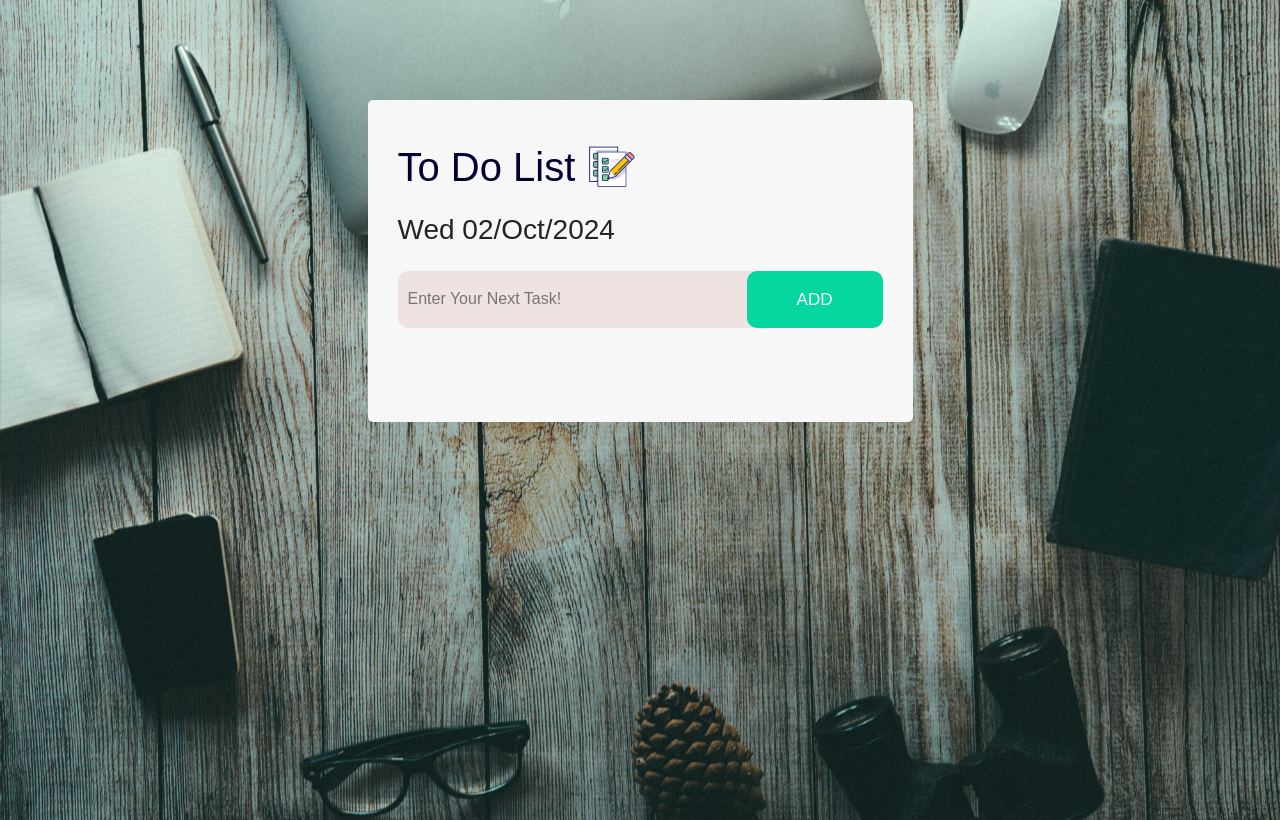
Repository: zeinawady/To_Do_List
Page: index.html
The author's editor kept a copy of each file at every save. The page is drawn from the files as they stood at one save, then again after a run of saves.
The browser window is 1280 px wide. The pictures show the whole page.

Above is the page before, as saved 2024-10-02 02:24:00.

### index.html
<!DOCTYPE html>
<html lang="en">

<head>
    <meta charset="UTF-8">
    <meta name="viewport" content="width=device-width, initial-scale=1.0">
    <title>To Do list</title>
    <link href="https://cdn.jsdelivr.net/npm/bootstrap@5.3.3/dist/css/bootstrap.min.css" rel="stylesheet" integrity="sha384-QWTKZyjpPEjISv5WaRU9OFeRpok6YctnYmDr5pNlyT2bRjXh0JMhjY6hW+ALEwIH" crossorigin="anonymous">
    <link rel="stylesheet" href="css/style.css">
</head>

<body>

    <div class="container">
        <div class="todo-app">
            <h1>To Do List <img src="images/todolistpng.png" alt="to-do-list" class="logo"></h1>
           <h3 id="date"></h3>
            <div class="form d-flex align-items-center justify-content-between my-4">
                <input class="input-Text" type="text" id="input-box" placeholder="Enter Your Next Task!">
                <button class="input-btn" onclick="addTask()">ADD</button>
            </div>
            <ul id="list-container">
                <!-- <li class="checked">Task 0</li>
                <li>Task 1</li> -->
            </ul>
        </div>


    </div>
    <script src="https://cdn.jsdelivr.net/npm/bootstrap@5.3.3/dist/js/bootstrap.bundle.min.js" integrity="sha384-YvpcrYf0tY3lHB60NNkmXc5s9fDVZLESaAA55NDzOxhy9GkcIdslK1eN7N6jIeHz" crossorigin="anonymous"></script>
    <script src="script.js"></script>
</body>

</html>

### css/style.css
* {
    margin: 0;
    padding: 0;
    box-sizing: border-box;
    font-family: Arial, Helvetica, sans-serif;
}

:root {
    --font-color: rgb(1, 1, 49);
}

li {
    list-style: none;
}
body{
    background-image: url(../images/background3.jpg);
    background-position: center;
    background-size: cover;
    background-repeat: no-repeat;
    height: 100vh;
}


.todo-app {

    max-width: 545px;
    background-color: rgb(247, 247, 247);
    margin: 100px auto;
    padding: 40px 30px 70px;
    border-radius: 5px;
    transition: 0.5s;
}

.todo-app:hover {
    box-shadow: 4px 5px rgb(114, 114, 114);

}

.todo-app h1 {
    color: var(--font-color);
    display: flex;
    align-items: center;
    margin-bottom: 20px;

}
#date{
    margin-bottom: 15px;
}

.logo {
    width: 53px;
    margin-left: 10px;
}

.form {
    background-color: #efe2e2;
    border-radius: 10px;
}

.input-Text {
    flex: 1;
    border: none;
    outline: none;
    background-color: transparent;
    padding: 10px;
    font-weight: 14px;
}

.input-btn {
    border: none;
    outline: none;
    padding: 16px 50px;
    background-color: #06d6a0;
    border-radius: 10px;
    color: rgb(255, 255, 255);
    font-size: 17px;
    transition: 0.3s;
}

.input-btn:hover {
    background-color: #05b183;
    cursor: pointer;
}

ul li {
    position: relative;
    font-size: 17px;
    padding: 12px 2px 12px 40px;
    user-select: none;
    cursor: pointer;
}

ul li::before {
    content: '';
    position: absolute;
    height: 28px;
    width: 28px;
    border-radius: 50%;
    background-image: url(../images/unchecked.png);
    background-size: cover;
    background-position: center;
    left: 1px;
    top: 8px;
}

ul li.checked {
    color: #555;
    text-decoration: line-through;

}

ul li.checked::before {
    color: #666;
    background-image: url(../images/checked.png);
}

ul li span {
    position: absolute;
    right: 0;
    top: 5px;
    width: 30px;
    height: 30px;
    font-size: 22px;
    color: #555;
    line-height: 30px;
    text-align: center;
    border-radius: 50%;
    /* border: solid; */
    transition: 0.2s;
}

ul li span:hover {
    background-color: #e8e6e6;
}
ul li button{
    position: absolute;
    right: 35px;
    top: 2px;
    width: 30px;
    height: 30px;
    text-align: center;
    cursor: pointer;
    border: none;
    outline: none;
    background-color: #06d6a0;
    border-radius: 50%;
    color: rgb(255, 255, 255);
    transition: 0.3s;
    font-size: 20px;
}

### script.js
let listContainer = document.getElementById("list-container");
let inputBox = document.getElementById("input-box");
let currentDate= document.getElementById("date");
function addTask() {
    if (inputBox.value === '') {
        alert("No Task Added!");
    }
    else {
        let li = document.createElement("li");
        li.innerHTML = inputBox.value;
        listContainer.appendChild(li);
        let xSign = document.createElement("span");
        xSign.innerHTML = '\u00d7';  // x sign code
        li.appendChild(xSign);

        let editBtn = document.createElement("button");
        editBtn.innerHTML="\u270E";

        li.appendChild(editBtn);
    }
    inputBox.value = "";  //so that input text become empty again
    saveTask();

}

inputBox.addEventListener("keydown", function (e) {
    if (e.key === "Enter") {
        e.preventDefault();
        addTask();
    }
});

listContainer.addEventListener("click", function (e) {
    //e is the event object contains info about event & target element that was clicked.
    if (e.target.tagName === "LI") {
        e.target.classList.toggle("checked");
        saveTask();
    }
    else if (e.target.tagName === "SPAN") {
        e.target.parentElement.remove();
        saveTask();

    }
    else if(e.target.tagName==="BUTTON"){
        let li=e.target.parentElement;
        let currentTask=li.firstChild.textContent;
        let newTask=prompt("Edit Your Task: " , currentTask);
        li.firstChild.textContent=newTask;
    }
})

function saveTask() {
    localStorage.setItem("Task", listContainer.innerHTML);
}
function showTask() {
    listContainer.innerHTML = localStorage.getItem("Task");
}
showTask();

function displayDate(){
    let date=new Date();
    date=date.toString().split(" ");
    currentDate.innerHTML=date[0]+" "+ date[2]+'/'+ date[1] +'/'+ date[3];
    console.log();
}
window.onload=displayDate();

After the next 2 saves:
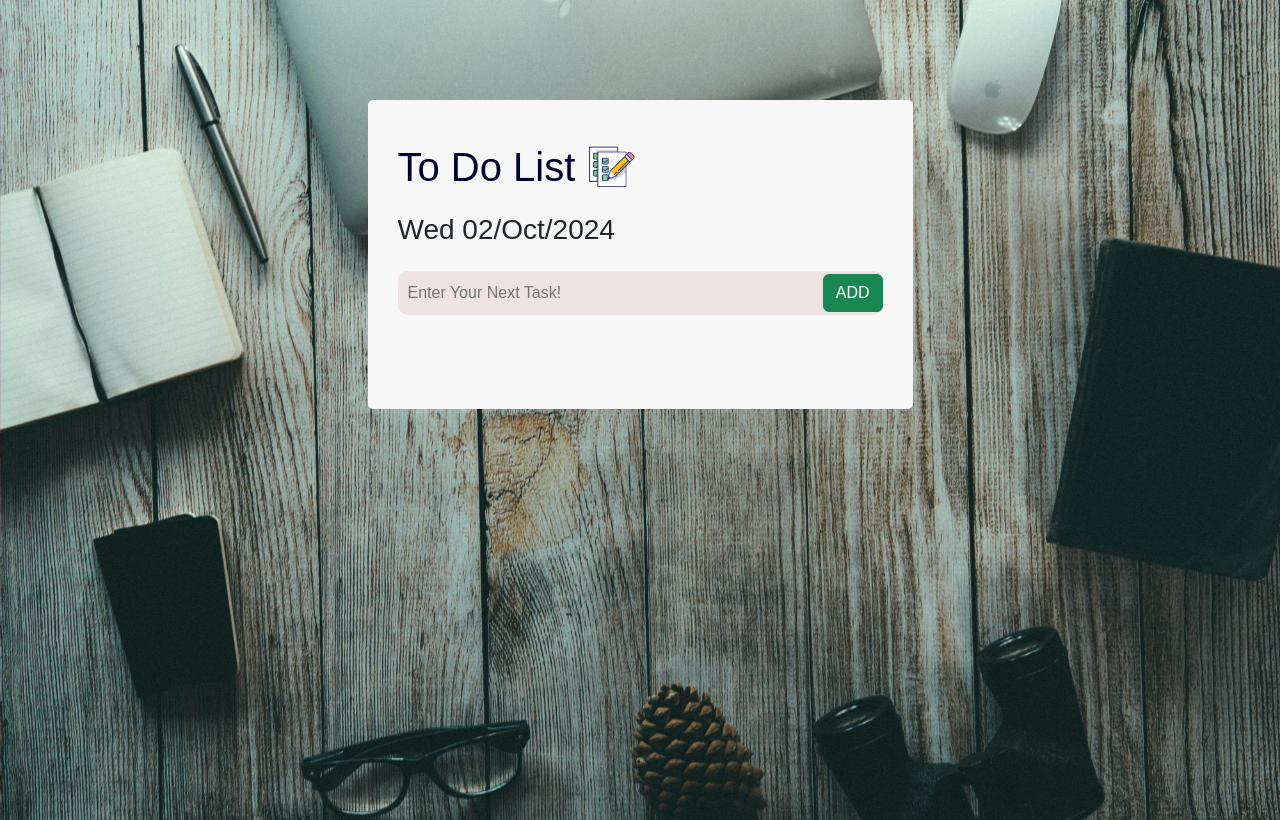
The 2 saves are shown as one change because they came seconds apart.
The last was saved 25 s later.
--- a/index.html
+++ b/index.html
@@ -17,7 +17,7 @@
            <h3 id="date"></h3>
             <div class="form d-flex align-items-center justify-content-between my-4">
                 <input class="input-Text" type="text" id="input-box" placeholder="Enter Your Next Task!">
-                <button class="input-btn" onclick="addTask()">ADD</button>
+                <button class="btn btn-success" onclick="addTask()">ADD</button>
             </div>
             <ul id="list-container">
                 <!-- <li class="checked">Task 0</li>
